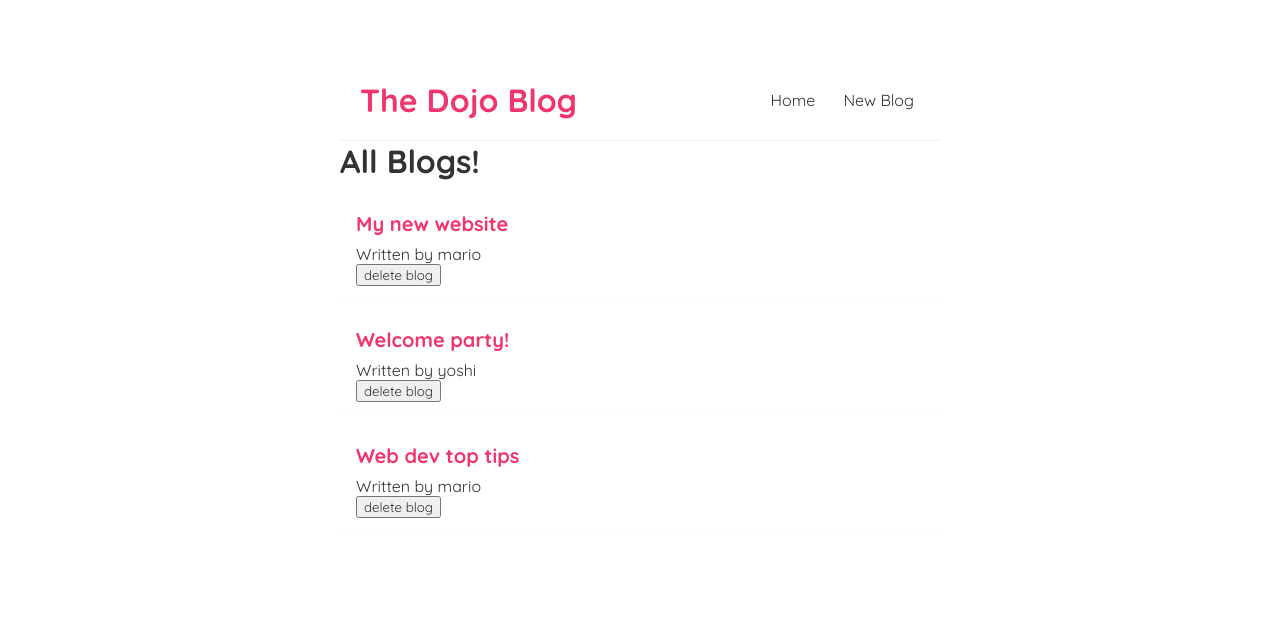
Repository: DESTINYAS/Reactjs
Page: /create
These files come from the project's save history. The page is drawn as it stood at one moment and after the next save; the edit follows.
The browser window is 1280 px wide. The pictures show the whole page.
The project was rebuilt for these pictures with package versions that can differ from the ones it lists, and the page was loaded fresh each time.

Above is the page before, as saved 2022-11-29 11:51:49.

After the next save:
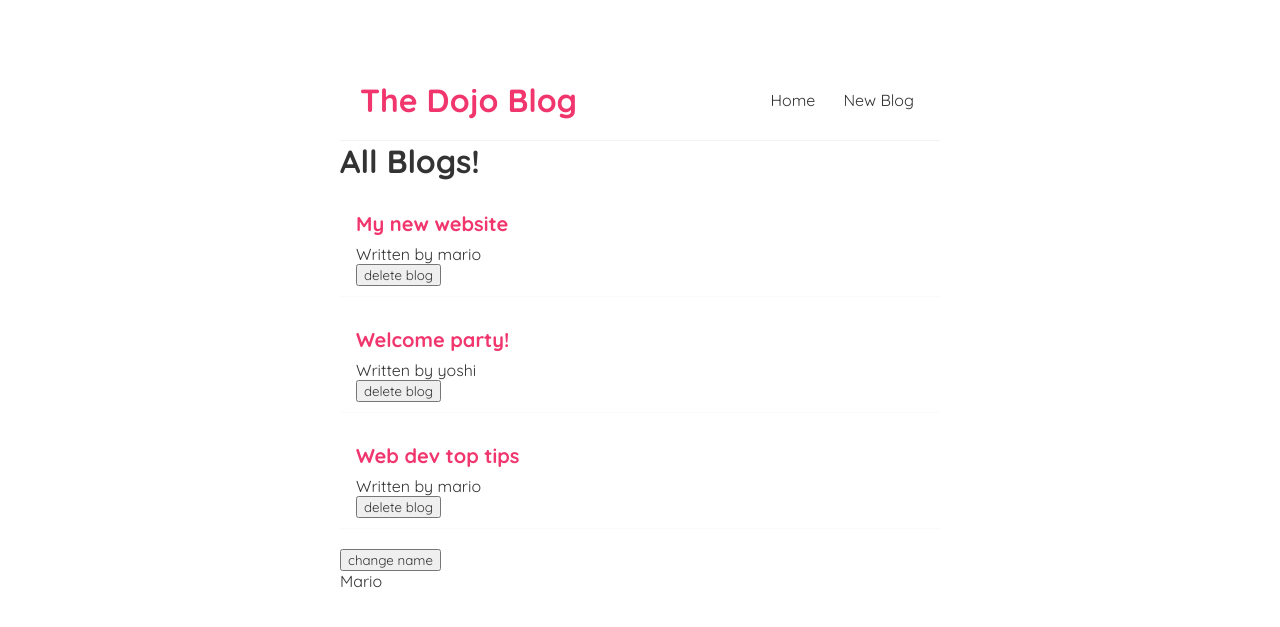
Saved 7 min 18 s later.
--- a/src/Home.js
+++ b/src/Home.js
@@ -12,7 +12,7 @@ const Home = () => {
       id: 3,
     },
   ]);
-
+  const [name, setName] = useState("Mario");
   const handleDelete = (id) => {
     const newBlogs = blogs.filter((blog) => blog.id !== id);
     setBlogs(newBlogs);
@@ -24,6 +24,8 @@ const Home = () => {
   return (
     <div className="home">
       <BlogList blogs={blogs} title="All Blogs!" handleDelete={handleDelete} />
+      <button onClick={() => setName("Luigi")}>change name</button>
+      <p>{name}</p>
     </div>
   );
 };
